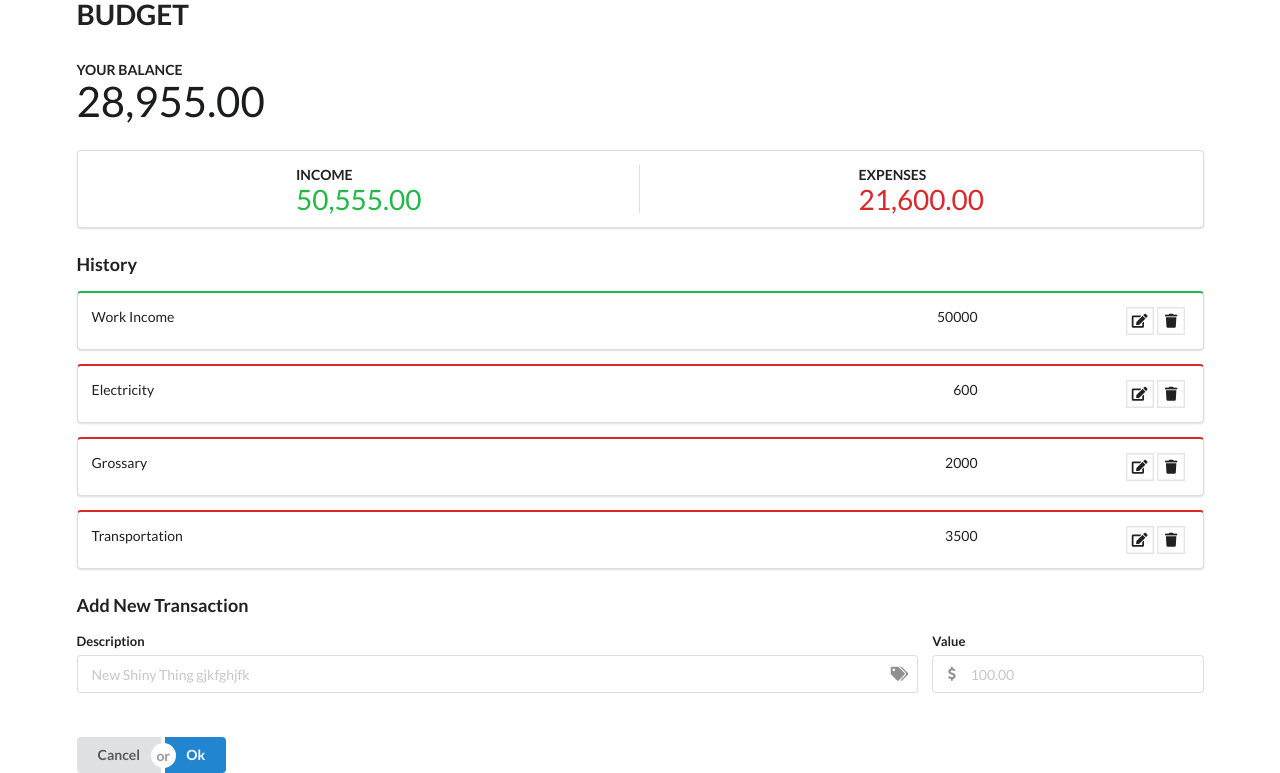
Repository: farrdy/budgets-react
Page: /
The author's editor kept a copy of each file at every save. The page is drawn from the files as they stood at one save, then again after the next save.
The browser window is 1280 px wide. The pictures show the whole page.
The project was rebuilt for these pictures with package versions that can differ from the ones it lists, and the page was loaded fresh each time.

Above is the page before, as saved 2022-03-19 08:28:21.

### src/App.js
import {Container, Header } from 'semantic-ui-react';
import MainHeader from './components/MainHeader';
import NewEntryForm from './components/NewEntryForm';
import DisplayBalance from './components/DisplayBalance'
import DisplayBalances from './components/DisplayBalances';
import { useState } from 'react';
import EntryLines from './components/EntryLines';

function App() {

 const [entries, setEntries]=useState(initialEntries)
  return (
    <Container>
      <MainHeader />
      <DisplayBalance title="Your Balance" Value="28,955.00" Color="black" size="small" />
      <DisplayBalances/>
      <Header as='h3'>History</Header>
      <EntryLines entries={entries}/>
      <Header as='h3'>
        Add New Transaction
      </Header>
      <NewEntryForm />
    </Container>
  );
}

export default App;

var initialEntries=[
  {
    id:1,
    Description:'Work Income',
    Value:"50000" ,
    isExpense:false
  },
  {
    id:2,
    Description:'Electricity',
    Value:"600" ,
    isExpense:true
  },
  {
    id:3,
    Description:'Grossary',
    Value:"2000" ,
    isExpense:true
  },
  {
    id:4,
    Description:'Transportation',
    Value:"3500" ,
    isExpense:true
  }
]

### src/components/MainHeader.js
import React from 'react';
import { Header } from 'semantic-ui-react';

function MainHeader(props) {
    return <Header as='h1'>BUDGET</Header>
}

export default MainHeader;

### src/components/NewEntryForm.js
import React from 'react';
import { Form } from 'semantic-ui-react';
import ButtonSaveOrCancel from './ButtonSaveOrCancel';

function NewEntryForm(props) {
    return (

        <Form unstackable >
            <Form.Group>
                <Form.Input
                    icon='tags'
                    width={12}
                    label='Description'
                    placeholder='New Shiny Thing gjkfghjfk'
                />
                <Form.Input
                    icon='dollar'
                    width={4}
                    label='Value'
                    iconPosition='left'
                    placeholder='100.00'
                />
            </Form.Group>
            <ButtonSaveOrCancel />

        </Form>

    );
}

export default NewEntryForm;

### src/components/DisplayBalance.js
import React from 'react';
import { Statistic } from 'semantic-ui-react'

function DisplayBalance({ title, Value, Color = "black", size = 'tiny' }) {
    return (
        <Statistic size={size} color={Color}>
            <Statistic.Label style={{ textAlign: 'left' }}>
                {title}
            </Statistic.Label>
            <Statistic.Value>
                {Value}
            </Statistic.Value>

        </Statistic>
    );
}

export default DisplayBalance;

### src/components/DisplayBalances.js
import React from 'react';
import { Grid, Segment } from 'semantic-ui-react';
import DisplayBalance from './DisplayBalance';

const DisplayBalances = () => {
    return (
        <Segment textAlign='center'>
        <Grid columns={2} divided>
          <Grid.Row>
            <Grid.Column>
              <DisplayBalance title="Income" Value="50,555.00" Color="green" />
            </Grid.Column>
            <Grid.Column>
              <DisplayBalance title="Expenses" Value="21,600.00" Color="red" /></Grid.Column>
          </Grid.Row>
        </Grid>
      </Segment>
    );
};

export default DisplayBalances;

### src/components/EntryLines.js
import React from 'react';
import { Container } from 'semantic-ui-react';
import EntryLine from './EntryLine';

const EntryLines = ({entries}) => {
    return (
      <Container>
      {entries.map((entry)=>
      <EntryLine
      key={entry.id}
        Description={entry.Description}
        Value={entry.Value}
        isExpense={entry.isExpense}
       />
      )}
      </Container>
    );
};

export default EntryLines;

### src/components/ButtonSaveOrCancel.js
import React from 'react';
import { Button } from 'semantic-ui-react';

function ButtonSaveOrCancel(props) {
    return (
        <Button.Group style={{ marginTop: 30 }}>
            <Button>Cancel</Button>
            <Button.Or></Button.Or>
            <Button primary>Ok</Button>
        </Button.Group>
    );
}

export default ButtonSaveOrCancel;

### src/components/EntryLine.js
import React from 'react';
import { Grid, Icon, Segment } from 'semantic-ui-react';

const EntryLine = ({Description, Value, isExpense=false}) => {
    return (
        <Segment color={isExpense? 'red':'green'}>
        <Grid columns={3} textAlign='right'>
          <Grid.Row>
            <Grid.Column width={10} textAlign='left'>{Description}</Grid.Column>
            <Grid.Column width={3} textAlign='right'>{Value}</Grid.Column>
            <Grid.Column width={3}>
              <Icon name='edit' bordered />
              <Icon name='trash' bordered />
            </Grid.Column>
          </Grid.Row>
        </Grid>
      </Segment>
    );
};

export default EntryLine;

Loaded but not shown: public/index.html (common file); src/index.js (common file); src/index.css (common file); src/reportWebVitals.js (common file)

After the next save:
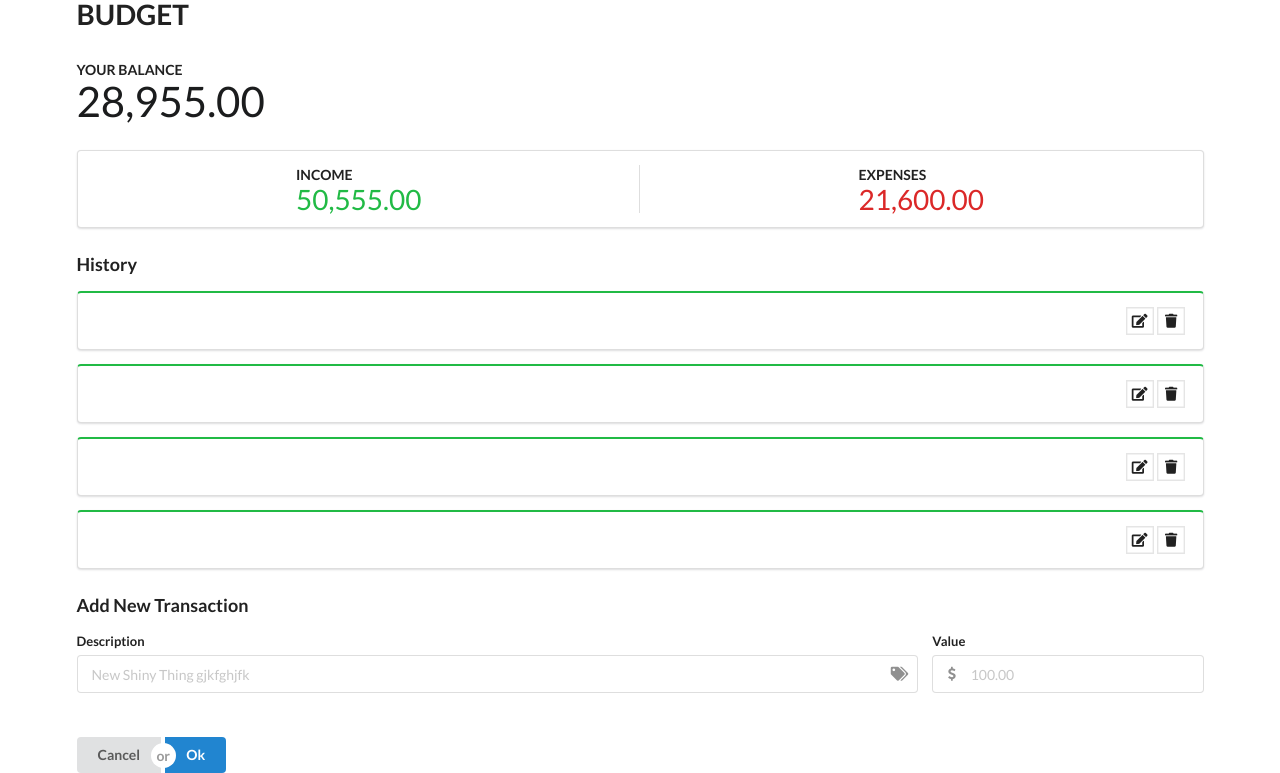
Saved 46 s later.
--- a/src/components/EntryLines.js
+++ b/src/components/EntryLines.js
@@ -7,10 +7,8 @@
       <Container>
       {entries.map((entry)=>
       <EntryLine
-      key={entry.id}
-        Description={entry.Description}
-        Value={entry.Value}
-        isExpense={entry.isExpense}
+        key={entry.id}
+       entry={entries}
        />
       )}
       </Container>

After the 2 saves that followed:
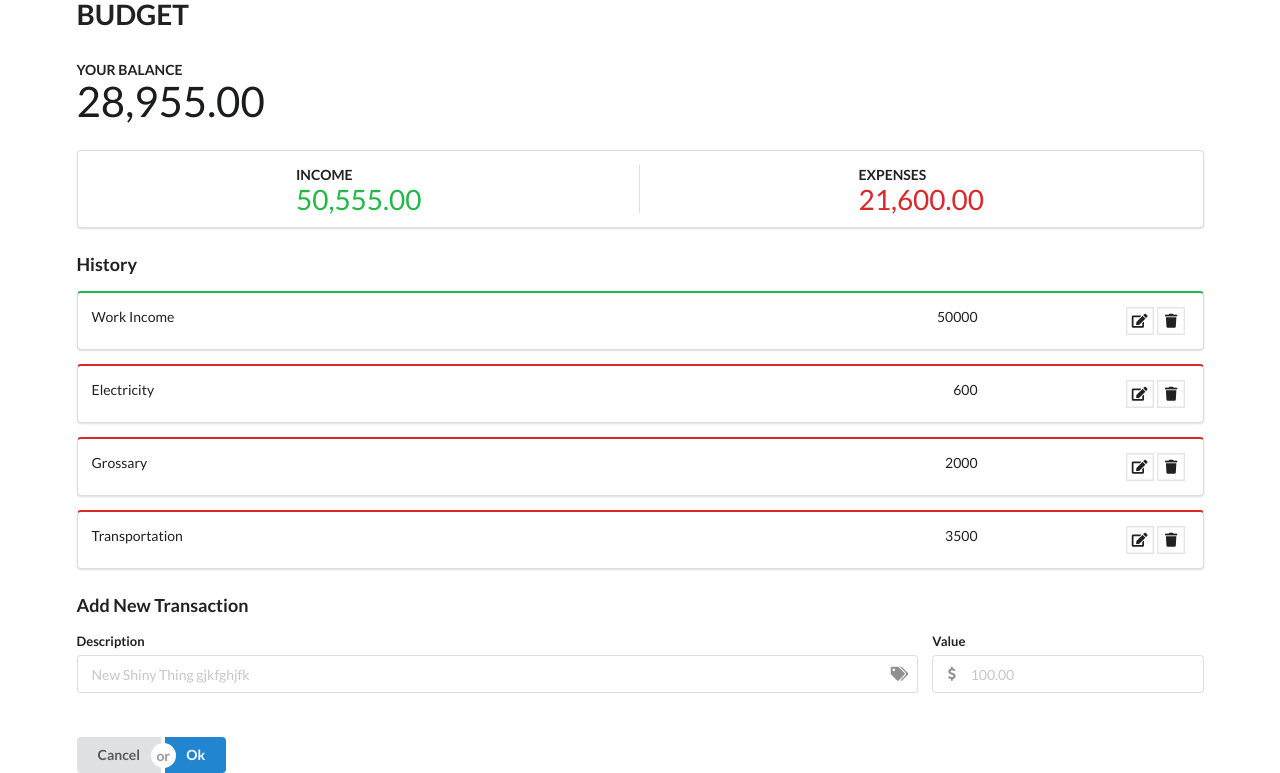
The 2 saves are shown as one change because 1 left the picture as it was.
The last was saved 109 s later.
--- a/src/components/EntryLines.js
+++ b/src/components/EntryLines.js
@@ -8,7 +8,7 @@
       {entries.map((entry)=>
       <EntryLine
         key={entry.id}
-       entry={entries}
+       entry={entry}
        />
       )}
       </Container>
--- a/src/components/EntryLine.js
+++ b/src/components/EntryLine.js
@@ -1,7 +1,7 @@
 import React from 'react';
 import { Grid, Icon, Segment } from 'semantic-ui-react';
 
-const EntryLine = ({Description, Value, isExpense=false}) => {
+const EntryLine = ({entry:{ Description, Value, isExpense=false}}) => {
     return (
         <Segment color={isExpense? 'red':'green'}>
         <Grid columns={3} textAlign='right'>
